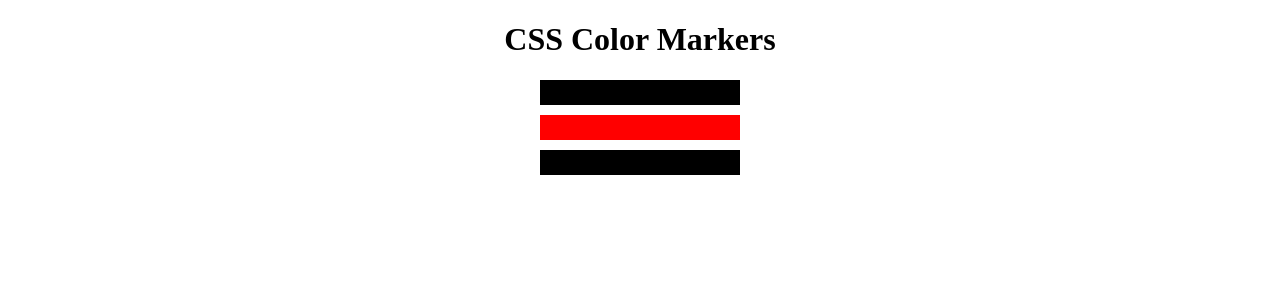
Repository: AimenDje/ColoredMarkers
Page: index.html
The author's editor kept a copy of each file at every save. The page is drawn from the files as they stood at one save, then again after the next save.
The browser window is 1280 px wide. The pictures show the whole page.

Above is the page before, as saved 2025-05-08 16:29:32.

### index.html
<!DOCTYPE html>
<html lang="en">
    <head>
        <meta charset="utf-8">
        <meta name="viewport" content="width=device-width, initial-scale=1.0">
        <link rel="stylesheet" href="styles.css">
        <title>Colored Markers</title>
    </head>
    <body>
        <h1>CSS Color Markers</h1>
        <div class="container">
            <div class="marker red">
            </div>
            <div class="marker two">
            </div>
            <div class="marker three">
            </div>
        </div>
      </body>
</html>

### styles.css
h1 {
    text-align:center;
}

.marker {
    width: 200px;
    height: 25px;
    margin: 10px auto;
  }

.red {
    background-color: rgb(0, 0, 0);
}

.two {
    background-color: rgb(255,0, 0);
}

.three {
    background-color: rgb(0, 0, 0);
}

After the next save:
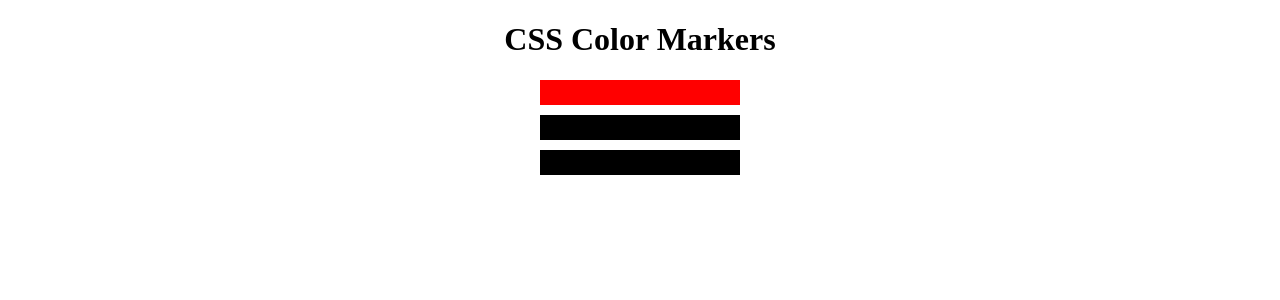
Saved 2 min 10 s later.
--- a/styles.css
+++ b/styles.css
@@ -9,11 +9,11 @@
   }
 
 .red {
-    background-color: rgb(0, 0, 0);
+    background-color: rgb(255, 0, 0);
 }
 
 .two {
-    background-color: rgb(255,0, 0);
+    background-color: rgb(0,0, 0);
 }
 
 .three {
